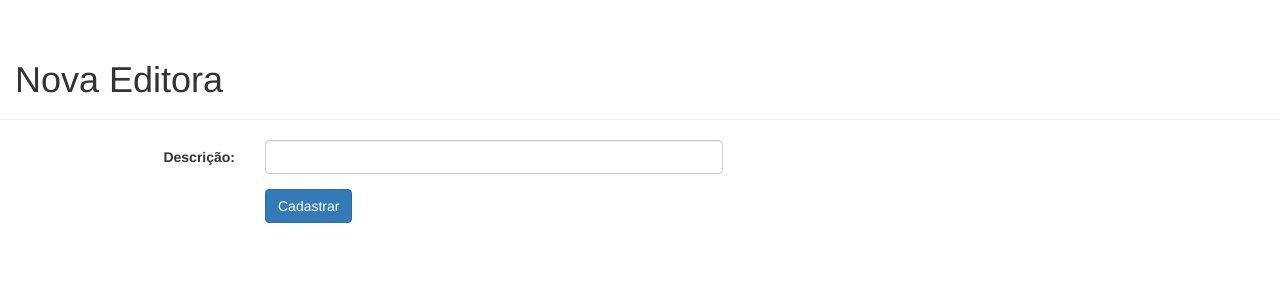
Repository: stefanyco/biblioteca
Page: http://localhost/Biblioteca/categoriaAdicionar.jsp
The author's editor kept a copy of each file at every save. The page is drawn from the files as they stood at one save, then again after the next save.
The browser window is 1280 px wide. The pictures show the whole page.
The page is served by Tomcat 9.

Above is the page before, as saved 2016-11-06 20:11:30.

After the next save:
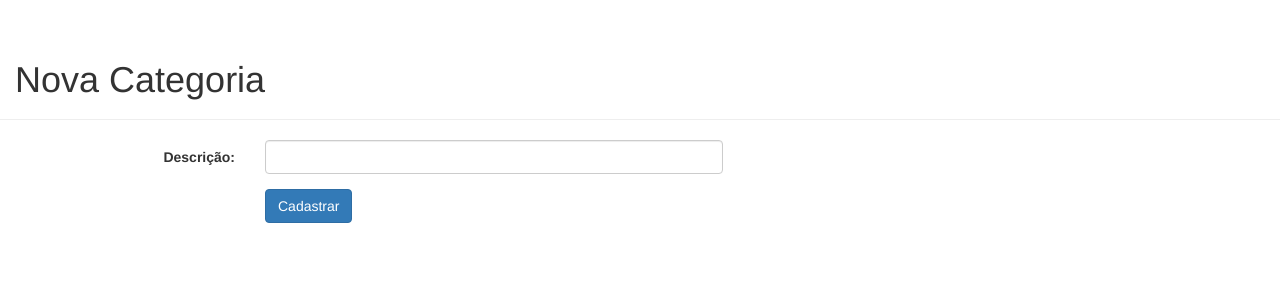
Saved 23 s later.
--- a/Sistema Biblioteca/Biblioteca/WebContent/categoriaAdicionar.jsp
+++ b/Sistema Biblioteca/Biblioteca/WebContent/categoriaAdicionar.jsp
@@ -5,16 +5,16 @@
 <head>
 <meta http-equiv="Content-Type" content="text/html; charset=ISO-8859-1">
 <link href="bootstrap.min.css" rel="stylesheet">
-<title>*** Nova Editora ***</title>
+<title>*** Nova Categoria ***</title>
 </head>
 <body>
 	<div class="page-header col-md-12">
-		<h1>Nova Editora</h1>
+		<h1>Nova Categoria</h1>
 	</div>
 	<div class="container">
 		<div class="row">
 			<div class="col-xs-12">
-				<form action="editora?acao=cadastrar" class="form-horizontal" method="post">
+				<form action="categoria?acao=cadastrar" class="form-horizontal" method="post">
 
 					<div class="form-group">
 						<label for="nome" class="col-xs-2 control-label">Descrição:</label>
